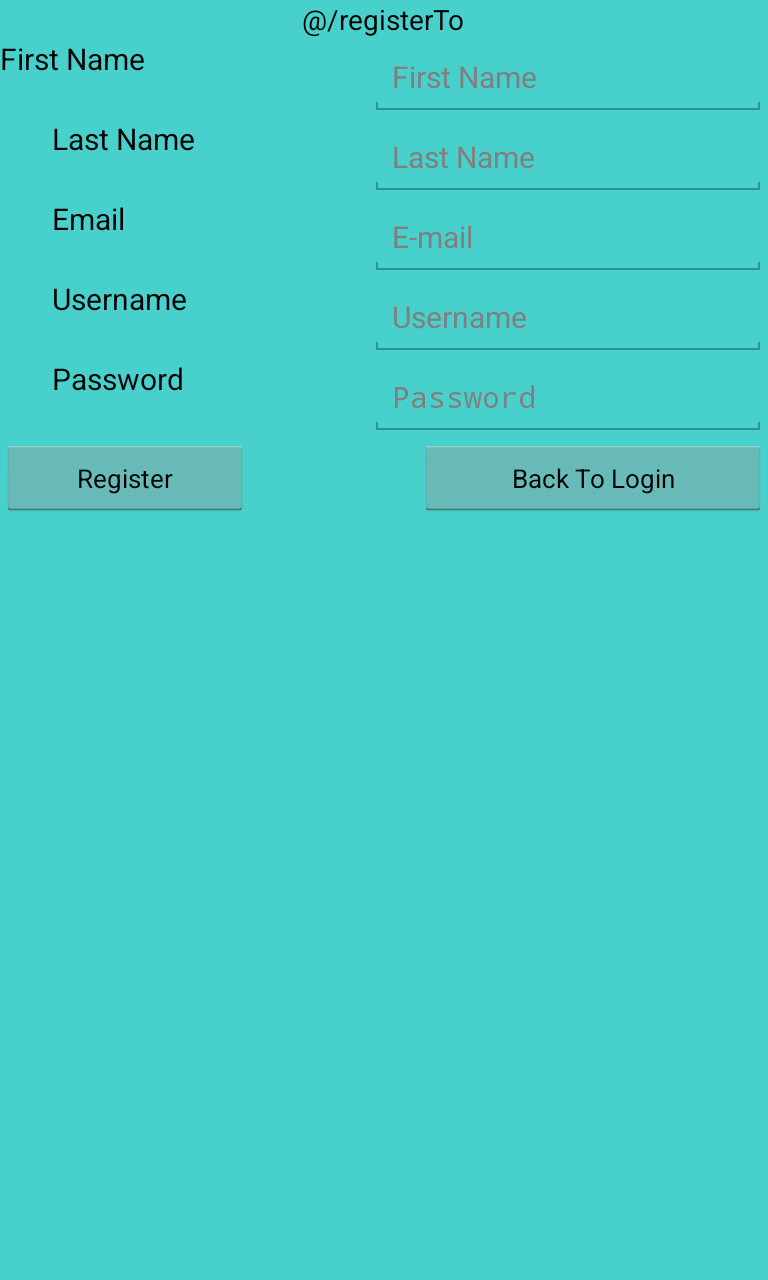
Repository: COMP231-S63G1/COMP231-S63G1
Layout: Wanna/res/layout/register.xml
The author's editor kept a copy of each file at every save. The layout is drawn from the files as they stood at one save, then again after the next save.
It is drawn on a 768 x 1280 px phone screen (xhdpi) without system bars, with theme AppTheme; the app's code is not run.

Above is the layout before, as saved 2014-10-23 20:34:26.

### Wanna/res/layout/register.xml
<?xml version="1.0" encoding="utf-8"?>
<RelativeLayout xmlns:android="http://schemas.android.com/apk/res/android"
                android:orientation="vertical"
                android:layout_width="fill_parent"
                android:layout_height="fill_parent"
                android:background="#48D1CC"
                >
    <TextView
            android:layout_width="wrap_content"
            android:layout_height="wrap_content"
            android:text="@/registerTo"
            android:id="@+id/textView" android:layout_gravity="center"
            android:layout_alignParentTop="true"
            android:layout_centerHorizontal="true"
            android:textColor="#000000"/>

    <TextView
            android:layout_width="125dp"
            android:layout_height="40dp"
            android:text="First Name"
            android:id="@+id/textView2"
            android:textColor="#000000"
            android:layout_below="@+id/textView"
            android:layout_alignParentLeft="true"
            android:textSize="15dp"/>

    <EditText
            android:layout_width="200dp"
            android:layout_height="40dp"
            android:id="@+id/fname"
            android:hint="First Name"
            android:textColor="#000000"
            android:layout_alignTop="@+id/textView2"
            android:layout_alignParentRight="true"
            android:textSize="15dp"/>

    <TextView
            android:layout_width="125dp"
            android:layout_height="40dp"
            android:text="Last Name"
            android:textColor="#000000"
            android:id="@+id/textView3"
            android:layout_below="@+id/textView2"
            android:layout_toLeftOf="@+id/textView"
            android:textSize="15dp"/>

    <EditText
            android:layout_width="200dp"
            android:layout_height="40dp"
            android:textColor="#000000"
            android:id="@+id/lname"
            android:hint="Last Name"
            android:layout_alignTop="@+id/textView3"
            android:layout_alignParentRight="true"
            android:textSize="15dp"/>

    <TextView
            android:layout_width="125dp"
            android:layout_height="40dp"
            android:textColor="#000000"
            android:text="Email"
            android:id="@+id/textView4"
            android:layout_below="@+id/textView3"
            android:layout_alignRight="@+id/textView3"
            android:textSize="15dp"/>

    <EditText
            android:layout_width="200dp"
            android:layout_height="40dp"
            android:textColor="#000000"
            android:inputType="textEmailAddress"
            android:ems="10"
            android:id="@+id/email"
            android:hint="E-mail"
            android:layout_below="@+id/lname"
            android:layout_alignParentRight="true"
            android:textSize="15dp"/>

    <TextView
            android:layout_width="125dp"
            android:layout_height="40dp"
            android:textColor="#000000"
            android:text="Username"
            android:id="@+id/textView5"
            android:layout_below="@+id/textView4"
            android:layout_alignRight="@+id/textView4"
            android:textSize="15dp"/>

    <EditText
            android:layout_width="200dp"
            android:layout_height="40dp"
            android:textColor="#000000"
            android:id="@+id/uname"
            android:hint="Username"
            android:layout_alignTop="@+id/textView5"
            android:layout_alignParentRight="true"
            android:textSize="15dp"/>

    <EditText
            android:layout_width="200dp"
            android:layout_height="40dp"
            android:textColor="#000000"
            android:inputType="textPassword"
            android:ems="10"
            android:id="@+id/pword"
            android:hint="Password"
            android:layout_alignLeft="@+id/uname"
            android:layout_below="@+id/textView5"
            android:textSize="15dp"/>

    <TextView
            android:layout_width="125dp"
            android:layout_height="40dp"
            android:textColor="#000000"
            android:text="Password"
            android:id="@+id/textView6"
            android:layout_alignTop="@+id/pword"
            android:layout_alignRight="@+id/textView5"
            android:textSize="15dp"/>

    <Button
            android:layout_width="200dp"
            android:layout_height="40dp"
            android:textColor="#000000"
            android:text="Register"
            android:id="@+id/register"
            android:layout_below="@+id/textView6"
            android:layout_alignRight="@+id/textView2"
            android:textSize="13dp"/>

    <Button
            android:layout_width="175dp"
            android:layout_height="40dp"
            android:textColor="#000000"
            android:text="Back To Login"
            android:id="@+id/bktologin"
            android:layout_below="@+id/pword"
            android:layout_alignParentRight="true"
            android:textSize="13dp"/>

    <TextView
            android:layout_width="fill_parent"
            android:layout_height="56dp"
            android:textColor="#000000"
            android:id="@+id/register_error"
            android:layout_below="@+id/register"
            android:layout_alignParentRight="true"/>

</RelativeLayout>

### Wanna/res/values/strings.xml
<?xml version="1.0" encoding="utf-8"?>
<resources>

    <string name="app_name">Wanna...?</string>
    <string name="hello_world">Hello world!</string>
    <string name="action_settings">Settings</string>
    <string name="welcome">Wanna...?</string>
    <string name="email">E-mail</string>
    <string name="enterButton"> ENTER </string>
    <string name="title_activity_register_login">RegisterLogin</string>
    <string name="title_activity_home_page">Home</string>
    <string name="login">LOGIN</string>
    <string name="register">REGISTER</string>
    <string name="username">Username</string>
    <string name="name">Name</string>
    <string name="password">Password</string>
    <string name="forgetPassword">Forgot Password</string>
    <string name="retypePassword">Retype Password</string>
    <string name="changePass">Change your Password</string>
    <string name="newPass">New Password</string>
    <string name="registerTo">Register to Wanna...?</string>
    <string name="loginButton">LOGIN</string>
    <string name="title_activity_create_event">Create Event</string>
    <string name="eventName">Event Name: </string>
    <string name="eventDescription">Description: </string>
    <string name="eventDate">Date: </string>
    <string name="eventTime">Time: </string>
    <string name="eventVenue">Venue: </string>
    <string name="eventLocation">Address: </string>
    <string name="eventPrice">Price range: </string>
    <string name="eventPurchase">Buy tickets now!</string>
    <string name="gender">Gender</string>
    <string name="genderMale">Male</string>
    <string name="genderFemale">Female</string>
    <string name="age">Age</string>
    <string name="description">Description</string>
    <string name="done">Done</string>
    <string name="cancel">Cancel</string>
    <string name="activity_profile_form">Profile Form</string>
    <string name="uploadImage">Upload Image</string>
    <string name="hintEventTime">Ex. 12am</string>
    <string name="hintEventDate">Ex. 1/1/2014</string>
    <string name="hintPrice">Ex. $35-$45</string>
    <string name="buttonCreateEvent">Create!</string>
    <string name="btnSearch">Search</string>
    <string name="searchEvent">Search Event</string>

    <string-array name="createEventArray">
        <item>Select Event Type</item>
        <item>Sports</item>
        <item>Entertainment</item>
    </string-array>

    <string name="title_activity_search_event">Wanna?</string>

</resources>

Loaded but not shown: Wanna/res/values/styles.xml (common file); Wanna/res/values-v11/styles.xml (common file); Wanna/res/values-v14/styles.xml (common file)

After the next save:
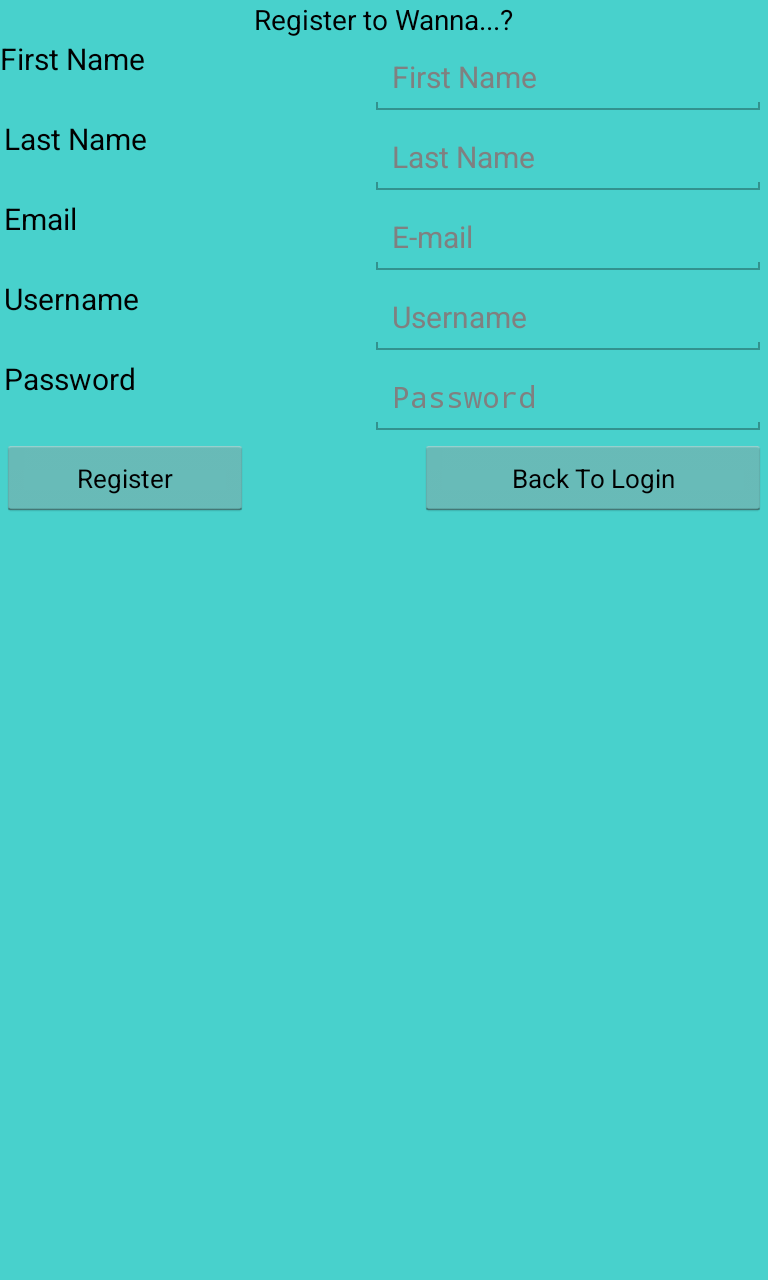
Saved 80 s later.
--- a/Wanna/res/layout/register.xml
+++ b/Wanna/res/layout/register.xml
@@ -8,7 +8,7 @@
     <TextView
             android:layout_width="wrap_content"
             android:layout_height="wrap_content"
-            android:text="@/registerTo"
+            android:text="@string/registerTo"
             android:id="@+id/textView" android:layout_gravity="center"
             android:layout_alignParentTop="true"
             android:layout_centerHorizontal="true"
